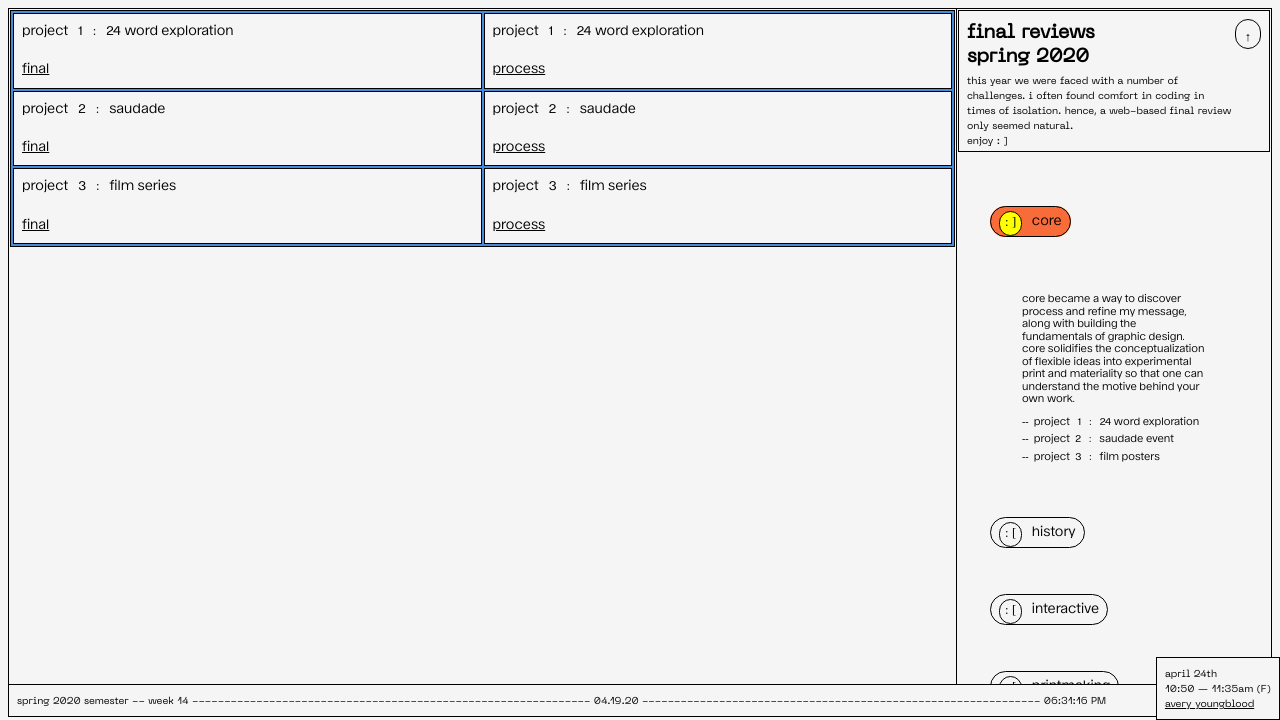
Repository: ayoungblood2/Spring-Semester-2020
Page: index v2/classes/core.html
These files come from the project's save history. The page is drawn as it stood at one moment and after the next save; the edit follows.
The browser window is 1280 px wide. The pictures show the whole page.
Some web libraries are served in a nearby version.

Above is the page before, as saved 2020-04-19 21:40:02.

### index v2/classes/core.html
<html lang="en">

    <head>

        <meta charset="UTF-8">
        <meta name="viewport" content="width=device-width, initial-scale=1.0">
        <meta http-equiv="X-UA-Compatible" content="ie=edge">
        <link rel="stylesheet" href="/index v2/assets/css/main.css">

        <link rel="apple-touch-icon" sizes="180x180" href="/index v2/assets/icon/favicon_io/apple-touch-icon.png">
        <link rel="icon" type="image/png" sizes="32x32" href="/index v2/assets/icon/favicon_io/favicon-32x32.png">
        <link rel="icon" type="image/png" sizes="16x16" href="/index v2/assets/icon/favicon_io/favicon-16x16.png">

        <!-- <META HTTP-EQUIV="refresh" CONTENT="5; URL=http://127.0.0.1:5500/index%20v2/index2.html"> -->


        <title> : ] [ :</title>


    </head>

    <body class="none">


        <div id="coords" data-html2canvas-ignore="true" style="color: black; top: 747px; left: 58px;">click(48,737)
        </div>


        <main class="Main">

            <!-- <header class="PageHeader PageHeader--home">

                <section class="PageHeader-classInfo">
                    april 24th
                    <br>10:50 — 11:35am (F)
                    <br><a href="https://www.art.yale.edu/AveryYoungblood" target="_blank"
                        class="PageHeader--link">avery
                        youngblood</a>
                </section>
            </header>

            <header class="PageHeader PageHeader--home">
                <section class="PageHeader-classInfo">
                    welcome,
                    <br> please email me
                    <br><a href="avery.youngblood@yale.edu" class="PageHeader--link">feedback here</a>
                </section>
            </header> -->




            <header class="grid-container">
                <a href="/index v2/classes/core-prct1-1.html" class="PageHeader--link--2">
                    <section class="grid-item">
                        project&nbsp;&nbsp;&nbsp;1&nbsp;&nbsp;&nbsp;:&nbsp;&nbsp;&nbsp;24 word
                        exploration
                        <br>&nbsp;
                        <br><span style="text-decoration: underline;">final</span>
                    </section>
                </a>

                <a href="/index v2/classes/core-prct1-2.html" class="PageHeader--link--2">
                    <section class="grid-item">
                        project&nbsp;&nbsp;&nbsp;1&nbsp;&nbsp;&nbsp;:&nbsp;&nbsp;&nbsp;24 word
                        exploration
                        <br>&nbsp;
                        <br><span style="text-decoration: underline;">process</span>
                    </section>
                </a>

                <a href="/index v2/classes/core-prct2-1.html" class="PageHeader--link--2">
                    <section class="grid-item">
                        project&nbsp;&nbsp;&nbsp;2&nbsp;&nbsp;&nbsp;:&nbsp;&nbsp;&nbsp;saudade
                        <br>&nbsp;
                        <br><span style="text-decoration: underline;">final</span>
                    </section>
                </a>

                <a href="/index v2/classes/core-prct2-2.html" class="PageHeader--link--2">
                    <section class="grid-item">
                        project&nbsp;&nbsp;&nbsp;2&nbsp;&nbsp;&nbsp;:&nbsp;&nbsp;&nbsp;saudade
                        <br>&nbsp;
                        <br><span style="text-decoration: underline;">process</span>
                    </section>
                </a>

                <a href="/index v2/classes/core-prct3-1.html" class="PageHeader--link--2">
                    <section class="grid-item">
                        project&nbsp;&nbsp;&nbsp;3&nbsp;&nbsp;&nbsp;:&nbsp;&nbsp;&nbsp;film series
                        <br>&nbsp;
                        <br><span style="text-decoration: underline;">final</span>
                    </section>
                </a>

                <a href="/index v2/classes/core-prct3-2.html" class="PageHeader--link--2">
                    <section class="grid-item">
                        project&nbsp;&nbsp;&nbsp;3&nbsp;&nbsp;&nbsp;:&nbsp;&nbsp;&nbsp;film series
                        <br>&nbsp;
                        <br><span style="text-decoration: underline;">process</span>
                    </section>
                </a>

            </header>

        </main>





        <header class="Header">

            <a href="/index v2/index2.html" class="Header-link">
                <div class="wrapper">

                    <span class="Header-title">
                        <h2>
                            <span class="Header-span">final reviews</span>
                            <span class="Header-span">spring 2020</span></h2>
                        <br>
                        <div class="content">
                            <p> this year we were faced with a number of challenges.
                                i often found comfort in coding in times of isolation.
                                hence, a web-based final review only seemed natural. </p>
                            <p> enjoy : ] </p>

                    </span>
                    </span>

                </div>

                </div>
                <button onClick="window.location.href=window.location.href" class="Header-arrow">
                    ↑
                </button>

            </a>


            <nav class="Nav is-home">

                <ul class="Nav-list">

                    <li class="Nav-item ">
                        <span>
                            <a href="/index v2/index2.html" class="Nav-link-2" href="#" data-target="core">
                                core
                            </a>
                        </span>
                        <img src="/index v2/classes/core/project1/Avery_Slang_BW.png"
                            style="width:150%;transform:rotate(20deg);" class="page-header" />

                    </li>

                    <li class="more">
                        core became a way to discover process and refine my message, along with building the
                        fundamentals of graphic design.
                        core solidifies the conceptualization of flexible ideas into experimental print and
                        materiality so that one can understand the motive behind your own work.
                        <br><br><br>
                        <p>--&nbsp;&nbsp;project&nbsp;&nbsp;&nbsp;1&nbsp;&nbsp;&nbsp;:&nbsp;&nbsp;&nbsp;24 word
                            exploration</p>
                        <br>
                        <p>--&nbsp;&nbsp;project&nbsp;&nbsp;2&nbsp;&nbsp;&nbsp;:&nbsp;&nbsp;&nbsp;saudade event</p>
                        <br>
                        <p>--&nbsp;&nbsp;project&nbsp;&nbsp;3&nbsp;&nbsp;&nbsp;:&nbsp;&nbsp;&nbsp;film posters</p>
                    </li>





                    <li class="Nav-item ">
                        <span>
                            <a href="/index v2/classes/history.html"
                                class="Nav-link view-more view-less" href="#" data-target="history">
                                history
                            </a>
                        </span>
                        <img src="/index v2/classes/history/other images/event_default_31_1.jpg"
                            style="width:60%;transform:rotate(-50deg);margin:50px;" />
                        <ul id="history" class="viewing-less">

                            <li class="more">
                                this semester history provided me with context for design. instead of conceptualizing
                                from
                                personal ideation,
                                my process became reversed in history of graphic design. i found myself working from
                                historical references first,
                                then contextualizing into my own design language.
                                <br><br><br>
                                <p>--&nbsp;&nbsp;project&nbsp;&nbsp;&nbsp;1&nbsp;&nbsp;&nbsp;:&nbsp;&nbsp;&nbsp;sf
                                    psychedelic rock posters</p>
                                <br>
                                <p>--&nbsp;&nbsp;project&nbsp;&nbsp;2&nbsp;&nbsp;&nbsp;:&nbsp;&nbsp;&nbsp;designer
                                    accordion
                                </p>
                                <br>
                                <p>--&nbsp;&nbsp;project&nbsp;&nbsp;3&nbsp;&nbsp;&nbsp;:&nbsp;&nbsp;&nbsp;reading</p>
                                <br>
                                <p>--&nbsp;&nbsp;project&nbsp;&nbsp;4&nbsp;&nbsp;&nbsp;:&nbsp;&nbsp;&nbsp;research &
                                    resources</p>
                            </li>
                        </ul>
                    </li>


                    <li class="Nav-item ">
                        <span>
                            <a href="/index v2/classes/interactive.html"
                                class="Nav-link view-more view-less" href="#" data-target="interact">
                                interactive
                            </a>
                        </span>
                        <img src="/index v2/classes/interactive/web-as-site.png"
                            style="width:70%;transform:rotate(2deg);margin-top:300px;margin-left:300px;" />
                        <ul id="interact" class="viewing-less">

                            <li class="more">
                                we covered a lot in interactive this semester.
                                i've been actively learning HTML, CSS, and JavaScript, and experimenting ways to
                                introduce
                                these methods into my everyday studio practice.
                                the readings we had about the internet and the relationship to
                                embodied experience were eye-opening discussions.
                                everything of what i thought web-design "should-be" vanished. all expectations and
                                rules,
                                gone.
                                i learned there is a space for art in the web-space.
                                i appreciate the freedom of expression and encouragement of creativity from
                                conceptually-driven prompts in this class.
                                i want to incorporate this new perspective of organizing and translating design/process
                                into
                                an interactive space.
                                <br><br><br>
                                <p>--&nbsp;&nbsp;project&nbsp;&nbsp;&nbsp;1&nbsp;&nbsp;&nbsp;:&nbsp;&nbsp;&nbsp;list</p>
                                <br>
                                <p>--&nbsp;&nbsp;project&nbsp;&nbsp;2&nbsp;&nbsp;&nbsp;:&nbsp;&nbsp;&nbsp;clock</p>
                                <br>
                                <p>--&nbsp;&nbsp;project&nbsp;&nbsp;3&nbsp;&nbsp;&nbsp;:&nbsp;&nbsp;&nbsp;reading &
                                    resources</p>
                            </li>
                        </ul>
                    </li>


                    <li class="Nav-item ">
                        <span>
                            <a href="/index v2/classes/printmaking.html"
                                class="Nav-link view-more view-less" href="#" data-target="print">
                                printmaking
                            </a>
                        </span>
                        <img src="/index v2/classes/printmaking/reference pics/Screen Shot 2020-04-16 at 5.17.14 AM.png"
                            style="width:50%;transform:rotate(20deg);margin-top:200px;margin-left:10px;" />
                        <ul id="print" class="viewing-less">

                            <li class="more">
                                printmaking considers ways in which multiplicity, circulation, and archives have
                                functioned
                                within contemporary print based artworks.
                                We had visits to on-campus collections, collaborative studio work, and in class
                                discussions
                                of pertinent texts aim to place the
                                making of printed media within an expansive field of art practices.
                                Although, the second part of the semester was to focus on
                                how these concepts, materials, and forms connect to our own individual studio practices
                                through projects and printshop demonstrations focusing on the stencil and the book (we
                                still
                                had discussions of what we'd like to pursue in the future).
                                <br><br><br>
                                <p>--&nbsp;&nbsp;project&nbsp;&nbsp;&nbsp;1&nbsp;&nbsp;&nbsp;:&nbsp;&nbsp;&nbsp;reading
                                </p>
                                <br>
                                <p>--&nbsp;&nbsp;project&nbsp;&nbsp;2&nbsp;&nbsp;&nbsp;:&nbsp;&nbsp;&nbsp;research &
                                    resources</p>
                                <br>
                                <p>--&nbsp;&nbsp;project&nbsp;&nbsp;3&nbsp;&nbsp;&nbsp;:&nbsp;&nbsp;&nbsp;chapel street
                                    pole
                                </p>
                                <br>
                                <p>--&nbsp;&nbsp;project&nbsp;&nbsp;4&nbsp;&nbsp;&nbsp;:&nbsp;&nbsp;&nbsp;commissioned
                                    publication</p>
                            </li>
                        </ul>
                    </li>


                    <li class="Nav-item ">
                        <span>
                            <a href="/index v2/classes/independent.html"
                                class="Nav-link view-more view-less" href="#" data-target="ind">
                                independent
                            </a>
                        </span>
                        <img src="/index v2/classes/independent/we-need-to-talk/Screen Shot 2020-04-18 at 4.32.22 AM.png"
                            style="width:80%;transform:rotate(-63deg);margin:20px;" />
                        <ul id="ind" class="viewing-less">

                            <li class="more">
                                collaboration on all fronts. alvin (prelim GD) and amina (1st yr sculpture) became my
                                close
                                allies this semester.
                                our personal interests led the way in cultivating close-relationships,
                                along with intriguing long-term projects that i'm excited to continue and develop over
                                the
                                years.
                                <br>
                                the second half of the semester my attention and time became devoted to the covid-19
                                cause -
                                writing
                                and meeting and organizing 24/7 to work towards active nationwide solutions for the
                                future
                                of education.
                                <br><br><br>
                                <p>--&nbsp;&nbsp;project&nbsp;&nbsp;&nbsp;1&nbsp;&nbsp;&nbsp;:&nbsp;&nbsp;&nbsp;we-need-to-talk
                                </p>
                                <br>
                                <p>--&nbsp;&nbsp;project&nbsp;&nbsp;2&nbsp;&nbsp;&nbsp;:&nbsp;&nbsp;&nbsp;sonic rupture
                                </p>
                                <br>
                                <p>--&nbsp;&nbsp;project&nbsp;&nbsp;3&nbsp;&nbsp;&nbsp;:&nbsp;&nbsp;&nbsp;log & letters
                                </p>
                            </li>
                        </ul>
                    </li>
            </nav>


            <header class="PageHeader PageHeader--home" style="bottom:0;right:0;position:fixed;">

                <section class="PageHeader-classInfo">
                    april 24th
                    <br>10:50 — 11:35am (F)
                    <br><a href="https://www.art.yale.edu/AveryYoungblood" target="_blank" class="PageHeader--link">avery
                        youngblood</a>
                </section>
            </header>

            <header class="PageHeader PageHeader--home">
                <section class="PageHeader-classInfo">
                    welcome,
                    <br> please email me
                    <br><a href="mailto:avery.youngblood@yale.edu" target="_blank" class="PageHeader--link">feedback here</a>
                </section>
            </header>

        </header>

        <span class="TimeStamp">spring semester week 01 04.15.20 05:07:06 PM</span>

        <script src="//ajax.googleapis.com/ajax/libs/jquery/1.7.1/jquery.min.js" type="text/javascript"></script>
        <script src="https://cdnjs.cloudflare.com/ajax/libs/moment.js/2.20.1/moment.min.js"></script>
        <script src="/index v2/assets/js/main.js"></script>
        <script src="/index v2/assets/js/scripts.js"></script>
        <script src="/index v2/assets/js/html2canvas.js"></script>




    </body>


</html>

<!-- yale school of art --
graphic design --
preliminary year --
final reviews --
spring 2020 -->

Loaded but not shown: index v2/assets/js/html2canvas.js (library); index v2/assets/js/scripts.js (193 lines, source omitted); index v2/assets/js/main.js (113 lines, source omitted); index v2/assets/css/main.css (1061 lines, source omitted)

After the next save:
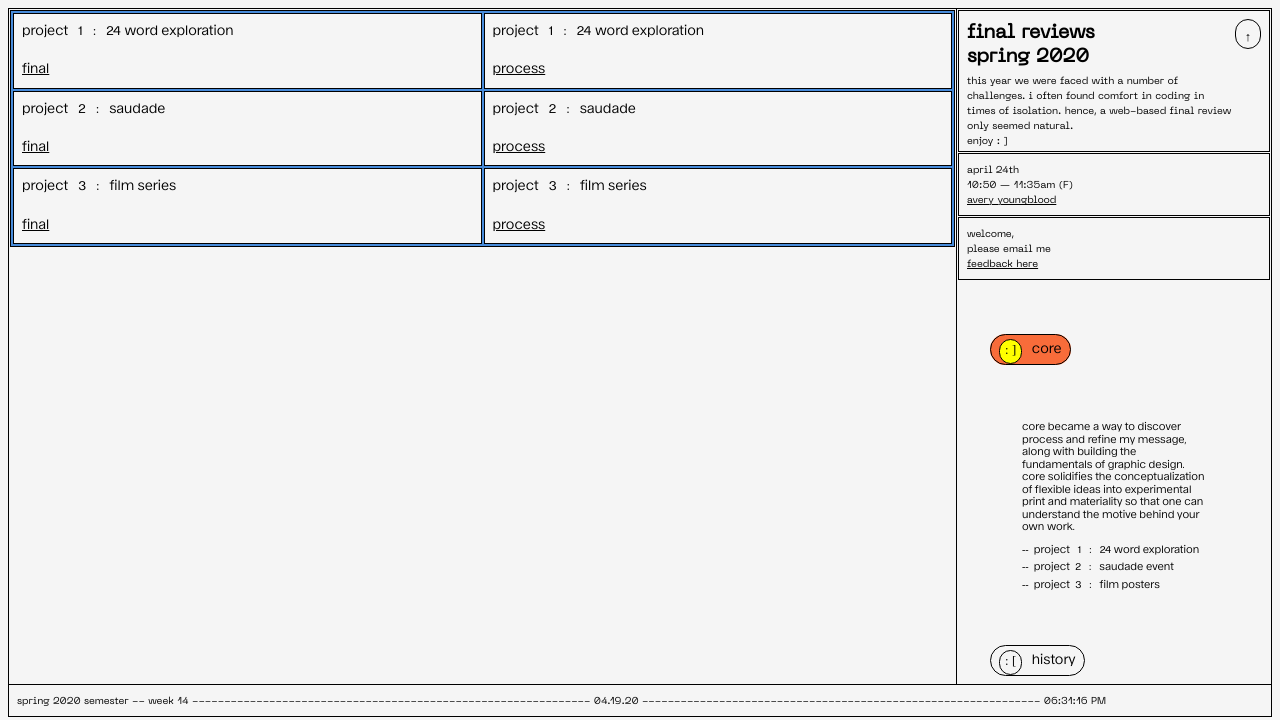
Saved 21 s later.
--- a/index v2/classes/core.html
+++ b/index v2/classes/core.html
@@ -137,6 +137,23 @@
 
             </a>
 
+            <header class="PageHeader PageHeader--home">
+
+                <section class="PageHeader-classInfo">
+                    april 24th
+                    <br>10:50 — 11:35am (F)
+                    <br><a href="https://www.art.yale.edu/AveryYoungblood" target="_blank" class="PageHeader--link">avery
+                        youngblood</a>
+                </section>
+            </header>
+
+            <header class="PageHeader PageHeader--home">
+                <section class="PageHeader-classInfo">
+                    welcome,
+                    <br> please email me
+                    <br><a href="mailto:avery.youngblood@yale.edu" target="_blank" class="PageHeader--link">feedback here</a>
+                </section>
+            </header>
 
             <nav class="Nav is-home">
 
@@ -327,25 +344,6 @@
                     </li>
             </nav>
 
-
-            <header class="PageHeader PageHeader--home" style="bottom:0;right:0;position:fixed;">
-
-                <section class="PageHeader-classInfo">
-                    april 24th
-                    <br>10:50 — 11:35am (F)
-                    <br><a href="https://www.art.yale.edu/AveryYoungblood" target="_blank" class="PageHeader--link">avery
-                        youngblood</a>
-                </section>
-            </header>
-
-            <header class="PageHeader PageHeader--home">
-                <section class="PageHeader-classInfo">
-                    welcome,
-                    <br> please email me
-                    <br><a href="mailto:avery.youngblood@yale.edu" target="_blank" class="PageHeader--link">feedback here</a>
-                </section>
-            </header>
-
         </header>
 
         <span class="TimeStamp">spring semester week 01 04.15.20 05:07:06 PM</span>
